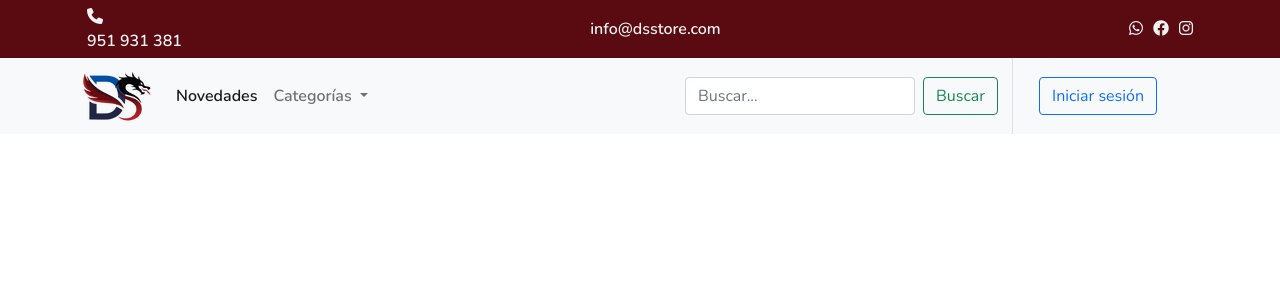
Repository: leasever/store-ts
Page: index.html
These files come from the project's save history. The page is drawn as it stood at one moment and after a run of saves; the edit follows.
The browser window is 1280 px wide. The pictures show the whole page.
Some web libraries are served in a nearby version. The style sheet was rebuilt from its Sass, Less or Tailwind sources for each picture, by a compiler version that may differ from the author's.

Above is the page before, as saved 2022-09-13 10:29:29.

After the next 2 saves:
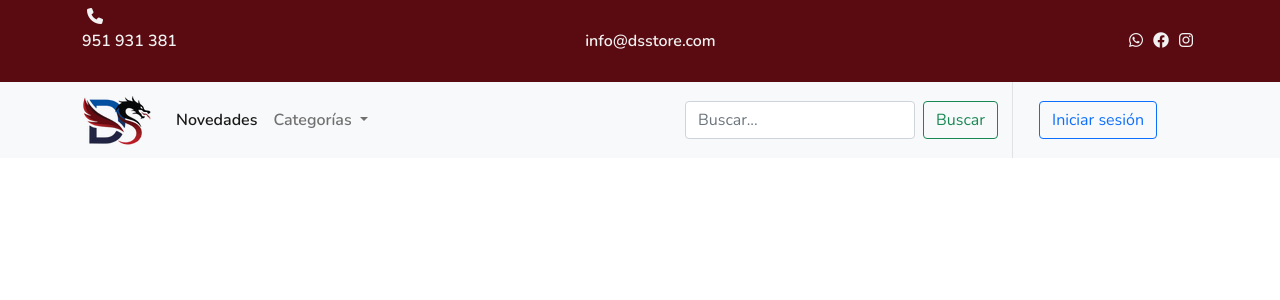
The 2 saves are shown as one change because they came seconds apart.
The last was saved 14 s later.
--- a/index.html
+++ b/index.html
@@ -24,13 +24,13 @@
             <div class="row align-items-center justify-content-between ">
                <div class="col-auto d-flex ">
                   <div class="phone">
-
+                     <a href="tel:+51951931381">
+                        <i class="fa-solid fa-phone"></i>
+                        <p>951 931 381</p>
+                     </a>
 
                   </div>
-                  <a href="tel:+51951931381">
-                     <i class="fa-solid fa-phone"></i>
-                     <p>951 931 381</p>
-                  </a>
+
                </div>
                <div class="col-auto d-flex ">
                   <a href="mailto:info@dsstore.com">
